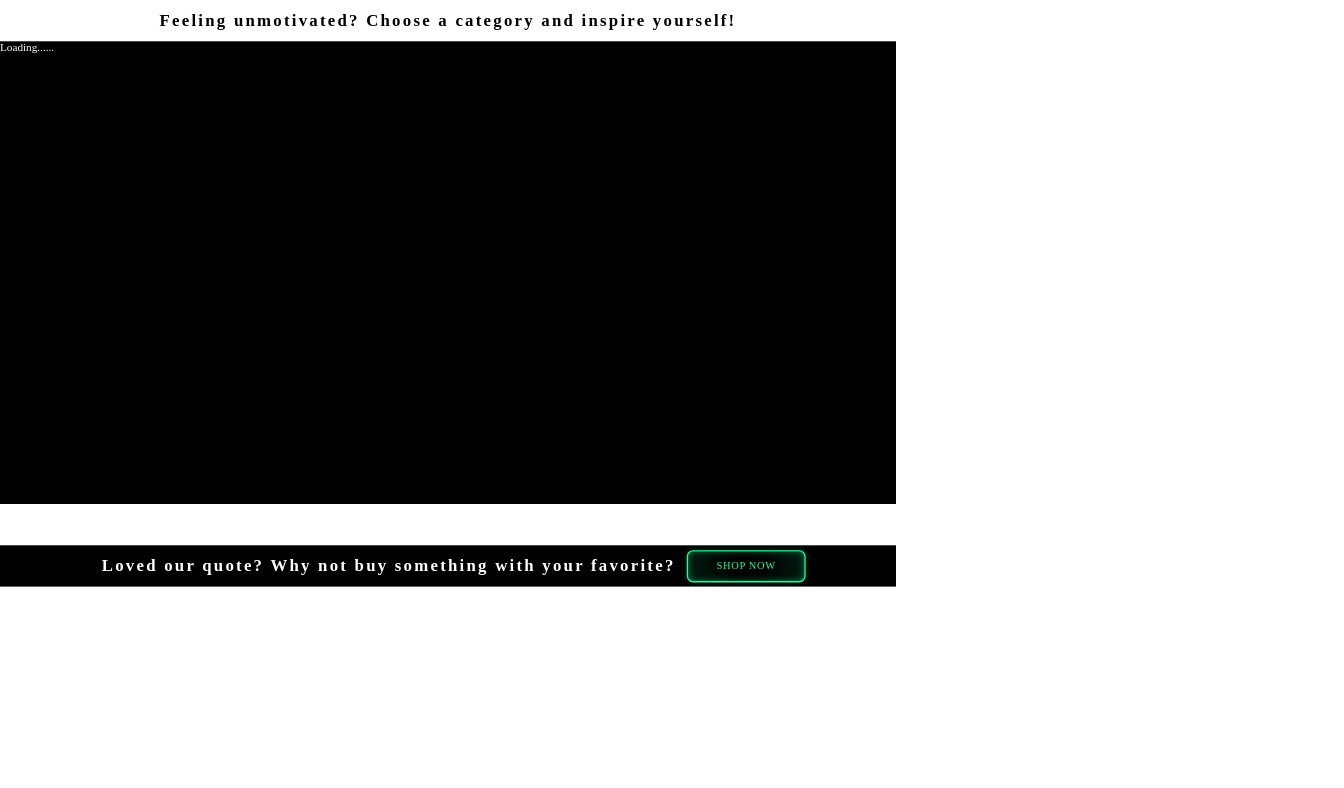
Repository: alanrceratti/motivational
Page: /
The author's editor kept a copy of each file at every save. The page is drawn from the files as they stood at one save, then again after a run of saves.
The browser window is 1280 px wide. The page is 1424 px wide, then 12201 px, so the pictures cover 1920 px, including what lies to the right of the window. The pictures show the part of the page from y = 0 to 1280 px (the page is 1126 px tall before and 9663 px after), at 70% of full size.
The page's requests for data from a server got no answer. Some web fonts or font styles are not loaded; a fallback is used. The project was rebuilt for these pictures with package versions that can differ from the ones it lists, and the page was loaded fresh each time. No one was signed in, and anything a server would have sent is missing. Also part of the build but not shown: webpack.config.js, src/Options.module.scss, src/Options.js, src/Components/CategorySelect.module.scss.

Above is the page before, as saved 2023-01-14 17:31:33.

### public/index.html

<!DOCTYPE html>
<html lang="en">
	<head>
		<meta charset="utf-8" />
		<link rel="icon" href="%PUBLIC_URL%/favicon.ico" />
		<link
			href="https://fonts.googleapis.com/css2?family=Patua+One&family=Unbounded:wght@400;700&display=swap"
			rel="stylesheet"
		/>

		<meta name="viewport" content="width=device-width, initial-scale=1" />
		<meta name="theme-color" content="#000000" />
		<meta
			name="description"
			content="Web site created using create-react-app"
		/>
		<link rel="apple-touch-icon" href="%PUBLIC_URL%/logo192.png" />
		<!--
      manifest.json provides metadata used when your web app is installed on a
      user's mobile device or desktop. See https://developers.google.com/web/fundamentals/web-app-manifest/
    -->
		<link rel="manifest" href="%PUBLIC_URL%/manifest.json" />
		<!--
      Notice the use of %PUBLIC_URL% in the tags above.
      It will be replaced with the URL of the `public` folder during the build.
      Only files inside the `public` folder can be referenced from the HTML.

      Unlike "/favicon.ico" or "favicon.ico", "%PUBLIC_URL%/favicon.ico" will
      work correctly both with client-side routing and a non-root public URL.
      Learn how to configure a non-root public URL by running `npm run build`.
    -->
		<title>React App</title>
	</head>
	<body>
		<noscript>You need to enable JavaScript to run this app.</noscript>
		<div id="root"></div>
		<!--
      This HTML file is a template.
      If you open it directly in the browser, you will see an empty page.

      You can add webfonts, meta tags, or analytics to this file.
      The build step will place the bundled scripts into the <body> tag.

      To begin the development, run `npm start` or `yarn start`.
      To create a production bundle, use `npm run build` or `yarn build`.
    --></body>
</html>

### src/index.js
import React from "react";
import ReactDOM from "react-dom/client";
import App from "./App";

const root = ReactDOM.createRoot(document.getElementById("root"));
root.render(
	<React.StrictMode>
		<App />
	</React.StrictMode>
);

// If you want to start measuring performance in your app, pass a function
// to log results (for example: reportWebVitals(console.log))
// or send to an analytics endpoint. Learn more: https://bit.ly/CRA-vitals

### src/App.js
import "./App.scss";
import { BrowserRouter, Routes, Route } from "react-router-dom";

import Home from "./Components/Home";
import { Loading } from "./Components/Loading";

function App() {
	return (
		<>
			<BrowserRouter>
				<Routes>
					<Route path="/" element={<Home />} />
					<Route path="/button" element={<Loading />} />
				</Routes>
			</BrowserRouter>
		</>
	);
}

export default App;

### src/App.scss
html {
	--color1: #1bfd9c;
	--color2: #82ffc9;
	--color3: #ffffff;
	--green: #1bfd9c;
	height: 100vh;
	width: 100vw;
	margin: 0px;
	padding: 0px;
	background-repeat: no-repeat;
	overflow-x: hidden;
	background-image: linear-gradient(
		160deg,
		#000000 0%,
		#000000 50%,
		#000000 100%
	);
}
body {
	margin: 0px;
	padding: 0px;
}

h1,
h2,
h3,
h4,
p {
	margin: 0px;
	color: rgb(255, 255, 255);
}

ul,
li {
	list-style: none;
	padding: 0px;
	margin: 0px;
}

img {
	display: block;
	max-width: 100%;
}

button,
input {
	display: block;
	font-size: 1rem;
	color: #333;
}

a {
	text-decoration: none;
	color: #333;
}

### src/Components/Home.js
import React from "react";
import PhraseGet from "./PhraseGet";
import Title from "./Title";
import TitleDown from "./TitleDown";

const Home = () => {
	return (
		<div>
			<Title />
			<PhraseGet />
			<TitleDown />
		</div>
	);
};

export default Home;

### src/Components/Loading.js
import React from "react";
import "./Loading.scss";

function Loading() {
	return (
		<>
			<div className="loader">
				<div className="loader-square"></div>
				<div className="loader-square"></div>
				<div className="loader-square"></div>
				<div className="loader-square"></div>
				<div className="loader-square"></div>
				<div className="loader-square"></div>
				<div className="loader-square"></div>
			</div>
		</>
	);
}

export { Loading };

### src/Components/PhraseGet.js
import React, { useEffect, useState } from "react";
import styles from "../Components/PhraseGet.module.scss";
import Options from "../Options";
import { CategorySelect } from "./CategorySelect";
import { Loading } from "./Loading";

function PhraseGet() {
	// state variable to store the selected category id
	const [categoryId, setCategoryId] = useState(1);
	// state variable to store the data retrieved from the API
	const [data, setData] = useState(null);
	// state variable to store the options for the select element
	const [options, setOptions] = useState([]);
	// state variable to indicate if the data is currently being loaded
	const [loading, setLoading] = useState(true);
	// state variable to indicate if the image is currently being loaded
	const [loadingImg, setLoadingImg] = useState(true);
	// state variable to store the current random number
	const [number, setNumber] = useState(7);
	// commented out state variable for future use, possibly for storing count of words
	// const [count, setCount] = useState(0);
	const [showSelect, setShowSelect] = useState(true);

	// Function to toggle visibility of select element
	const handleClick = () => {
		setShowSelect(!showSelect);
	};

	// Object containing arrays of numbers associated with each category
	const idLists = {
		1: [7, 8, 9, 21, 22],
		2: [10, 18, 19, 20],
		3: [11, 12],
		4: [15, 16, 17],
		5: [13, 14],
	};
	// async function fetchCount() {
	// 	const response = await fetch(
	// 		`http://127.0.0.1:200/api/categories/all/`
	// 	);
	// 	const json = await response.json();
	// 	console.log(idLists);

	// 	json.map((category) => {
	// 		const categoryId = category.id;
	// 		const phraseIds = category.phrases.map((phrase) => phrase.id);
	// 		idLists[categoryId] = phraseIds;
	// 	});
	// }
	// useEffect(() => {
	// 	fetchCount();
	// }, []);

	// function to handle changes in the category select element
	function handleChangeCategory(e) {
		// set the selected category id
		setCategoryId(e.target.value);
		const selectedCategoryId = e.target.value;
		// Retrieve previous selected numbers for current category from local storage
		const previousIdList =
			JSON.parse(
				localStorage.getItem(`previousid${selectedCategoryId}`)
			) || [];

		// filter out previously selected numbers from the array
		const filteredIdList = idLists[selectedCategoryId].filter(
			(number) => !previousIdList.includes(number)
		);

		// if there are still numbers available in filteredIdList array
		if (filteredIdList.length > 0) {
			const randomIndex = Math.floor(
				Math.random() * filteredIdList.length
			);
			// select random number from filteredIdList array
			const randomNumber = filteredIdList[randomIndex];
			// set the new random number
			setNumber(randomNumber);
			// add new randomNumber to the previousIdList array
			previousIdList.push(randomNumber);
			// store the updated previousIdList array in local storage
			localStorage.setItem(
				`previousid${selectedCategoryId}`,
				JSON.stringify(previousIdList)
			);
		} else {
			// if there are no more numbers available, remove the previousid1 array from local storage and log a message
			localStorage.removeItem(`previousid${selectedCategoryId}`);
			console.log("acabou o 1");
		}
	}

	async function fetchOptions() {
		// fetch data from api using fetch function
		const response = await fetch(
			`http://127.0.0.1:200/api/categories/all/`
		);
		// parse response to json
		const json = await response.json();
		// extract values of json object
		const arr = Object.values(json);
		// set options state
		setOptions(arr);
		// set loading state to false
		setLoading(false);
		// call fetchData function
		fetchData();
	}

	useEffect(() => {
		// call fetchOptions function when component mounts
		fetchOptions();
	}, [categoryId]);

	async function fetchData() {
		setLoadingImg(true);
		let retries = 0;
		// maximum number of retries if response status is 404
		const MAX_RETRIES = 3;
		let response;

		while (
			retries < MAX_RETRIES &&
			(response === undefined || response.status === 404)
		) {
			// try to fetch data from api
			try {
				response = await fetch(
					`http://127.0.0.1:200/api/categories/${categoryId}/phrases/?filter_by_id=${number}`
				);
				// if response status is 404, increment retries
				if (response.status === 404) {
					retries++;
				} else {
					// parse response to json
					const json = await response.json();
					// set data state
					setData(json);
					// set loadingImg state to false
					setLoadingImg(false);
				}
				// log response status and url
				console.log(
					`GET ${response.url} ${response.status} (${response.statusText})`
				);
			} catch (error) {
				// log error
				console.error("asdasdad");
			}
			// wait for 1 second before retrying
			await new Promise((resolve) => setTimeout(resolve, 1000));
		}
		// retrieve previous selected numbers for current category from local storage
		const previousIdList =
			JSON.parse(localStorage.getItem(`previousid${categoryId}`)) || [];
		// if all numbers have been selected, remove the previousid array from local storage
		if (previousIdList.length === idLists[categoryId].length) {
			localStorage.removeItem(`previousid${categoryId}`);
		}
	}

	return (
		<section className={styles.mainContainerr}>
			<CategorySelect
				options={options}
				handleChangeCategory={handleChangeCategory}
				categoryId={categoryId}
				loading={loading}
				handleClick={handleClick}
				showSelect={showSelect}
			/>
			{loadingImg ? (
				<Loading />
			) : (
				<div className={styles.um}>
					<div>
						{data && (
							<img src={data.image_url} alt="image_phrase" />
						)}
						{data ? <h1>{data.phrase}</h1> : "Loading..."}
					</div>
				</div>
			)}
		</section>
	);
}

export default PhraseGet;

### src/Components/Title.js
import React from "react";
import styles from "./Title.module.scss";

const Title = () => {
	return (
		<div className={styles.container}>
			<h1>
				Feeling unmotivated? Choose a category and inspire yourself!
			</h1>
		</div>
	);
};

export default Title;

### src/Components/TitleDown.js
import React from "react";
import styles from "./TitleDown.module.scss";

const TitleDown = () => {
	return (
		<section>
			<div className={styles.container}>
				<h1>
					Loved our quote? Why not buy something with your favorite?
				</h1>
				<button className={styles.button2}> SHOP NOW</button>
			</div>
		</section>
	);
};

export default TitleDown;

### src/Components/Loading.scss
@keyframes square-animation {
	0% {
		left: 0;
		top: 0;
	}

	10.5% {
		left: 0;
		top: 0;
	}

	12.5% {
		left: 32px;
		top: 0;
	}

	23% {
		left: 32px;
		top: 0;
	}

	25% {
		left: 64px;
		top: 0;
	}

	35.5% {
		left: 64px;
		top: 0;
	}

	37.5% {
		left: 64px;
		top: 32px;
	}

	48% {
		left: 64px;
		top: 32px;
	}

	50% {
		left: 32px;
		top: 32px;
	}

	60.5% {
		left: 32px;
		top: 32px;
	}

	62.5% {
		left: 32px;
		top: 64px;
	}

	73% {
		left: 32px;
		top: 64px;
	}

	75% {
		left: 0;
		top: 64px;
	}

	85.5% {
		left: 0;
		top: 64px;
	}

	87.5% {
		left: 0;
		top: 32px;
	}

	98% {
		left: 0;
		top: 32px;
	}

	100% {
		left: 0;
		top: 0;
	}
}

.loader {
	position: relative;
	width: 100vw;
	height: 100vh;
	transform: rotate(45deg);
	margin: 0 auto;
	justify-items: center;
	align-items: center;
	display: flex;
}

.loader-square {
	position: absolute;
	top: 0;
	left: 0;
	width: 28px;
	height: 28px;
	margin: 2px;
	border-radius: 0px;
	background: white;
	background-size: cover;
	background-position: center;
	background-attachment: fixed;
	animation: square-animation 10s ease-in-out infinite both;
}

.loader-square:nth-of-type(0) {
	animation-delay: 0s;
}

.loader-square:nth-of-type(1) {
	animation-delay: -1.4285714286s;
}

.loader-square:nth-of-type(2) {
	animation-delay: -2.8571428571s;
}

.loader-square:nth-of-type(3) {
	animation-delay: -4.2857142857s;
}

.loader-square:nth-of-type(4) {
	animation-delay: -5.7142857143s;
}

.loader-square:nth-of-type(5) {
	animation-delay: -7.1428571429s;
}

.loader-square:nth-of-type(6) {
	animation-delay: -8.5714285714s;
}

.loader-square:nth-of-type(7) {
	animation-delay: -10s;
}

### src/Components/PhraseGet.module.scss
.mainContainerr {
	display: grid;
	grid-template-columns: auto 2fr;
	height: 100%;

	.options {
		grid-column: 1/2;
		grid-row: 1/3;
		max-width: fit-content;
		option {
			font-size: 1.5rem;
			text-align: left;
			color: rgb(255, 255, 255);
		}

		select {
			margin: 0 auto;
			margin-top: 1.5rem;
			font-family: "Patua One";
			font-size: 1.5rem;
			position: relative;
			padding: 1em 1.8em;
			outline: none;
			text-align: center;
			border: 1px solid #303030;
			background: #040404;
			color: var(--color1);
			text-transform: uppercase;
			letter-spacing: 2px;

			overflow: hidden;
			-webkit-transition: 0.2s;
			transition: 0.2s;
			border-radius: 10px;
			cursor: pointer;
			font-weight: bold;
		}
	}

	.um {
		div {
			display: flex;
			height: 80vh;
			margin: 3rem;
			width: 80vw;
			position: static;
			justify-content: center;
			align-items: center;
		}
		img {
			aspect-ratio: 7/4;
			width: 60vw;
			object-fit: fill;
			border: 2px inset #000000;
			border-radius: 100px 250px 100px 250px;
			opacity: 0.9;
			position: absolute;
		}
		h1 {
			width: 50%;

			margin: auto;
			margin-top: 15rem;
			z-index: 100;
			backdrop-filter: blur(12px) saturate(176%);
			-webkit-backdrop-filter: blur(12px) saturate(176%);
			background-color: rgba(0, 0, 0, 0.3);
			letter-spacing: 0.25rem;
			font-size: 4rem;
			font-family: "Patua One";
			text-align: center;
			text-shadow: rgb(0, 0, 0) 0.3rem 0px 0px,
				rgb(0, 0, 0) 0.54px 0.84px 0px, rgb(0, 0, 0) -0.41px 0.9px 0px,
				rgb(0, 0, 0) -0.98px 0.14px 0px,
				rgb(0, 0, 0) -0.65px -0.75px 0px,
				rgb(0, 0, 0) 0.28px -0.95px 0px, rgb(0, 0, 0) 0.96px -0.27px 0px;
		}
	}
}
/* <link href="https://fonts.googleapis.com/css2?family=Cabin+Sketch:wght@400;700&family=Patua+One&family=Rubik+80s+Fade&family=Yeseva+One&display=swap" rel="stylesheet"> */

/*  */

### src/Components/CategorySelect.js
import React from "react";
import Options from "../Options";
import styles from "./CategorySelect.module.scss";

function CategorySelect(props) {
	const { options, handleChangeCategory, loading, handleClick, showSelect } =
		props;

	return (
		<section className={styles.mainContainerr}>
			{loading ? (
				<p>Loading......</p>
			) : (
				<div className={styles.options}>
					<Options onClick={handleClick} />
					<select
						style={{ display: showSelect ? "block" : "none" }}
						onChange={handleChangeCategory}
					>
						{options.map((option) => (
							<option key={option.id} value={option.id}>
								{option.category_name}
							</option>
						))}
					</select>
				</div>
			)}
		</section>
	);
}

export { CategorySelect };

### src/Components/Title.module.scss
.container {
	width: 100vw;
	height: fit-content;
	display: flex;
	justify-content: center;
	align-items: center;
	background-color: rgb(255, 255, 255);
	margin: auto;

	h1 {
		font-family: "Unbounded";
		font-size: 1.5rem;
		letter-spacing: 0.2rem;
		text-align: center;
		margin: 1rem;
		color: rgb(0, 0, 0);
	}
}

### src/Components/TitleDown.module.scss
.container {
	width: 100vw;
	height: fit-content;
	display: flex;
	justify-content: center;
	align-items: center;
	background-color: rgb(0, 0, 0);
	margin: auto;

	h1 {
		font-family: "Unbounded";
		font-size: 1.5rem;
		letter-spacing: 0.2rem;
		text-align: center;
		margin: 1rem;
		color: rgb(255, 255, 255);
	}
}
.button2 {
	color: var(--green);
	font-size: 15px;
	padding: 0.7em 2.7em;
	letter-spacing: 0.06em;
	position: relative;
	font-family: inherit;
	border-radius: 0.6em;
	overflow: hidden;
	transition: all 0.3s;
	line-height: 1.4em;
	border: 2px solid var(--green);
	background: linear-gradient(
		to right,
		rgba(27, 253, 156, 0.1) 1%,
		transparent 40%,
		transparent 60%,
		rgba(27, 253, 156, 0.1) 100%
	);
	color: var(--green);
	box-shadow: inset 0 0 10px rgba(27, 253, 156, 0.4),
		0 0 9px 3px rgba(27, 253, 156, 0.1);
}

.button2:hover {
	color: #82ffc9;
	box-shadow: inset 0 0 10px rgba(27, 253, 156, 0.6),
		0 0 9px 3px rgba(27, 253, 156, 0.2);
	cursor: pointer;
}

.button2:before {
	content: "";
	position: absolute;
	left: -4em;
	width: 4em;
	height: 100%;
	top: 0;
	transition: transform 0.4s ease-in-out;
	background: linear-gradient(
		to right,
		transparent 1%,
		rgba(27, 253, 156, 0.1) 40%,
		rgba(27, 253, 156, 0.1) 60%,
		transparent 100%
	);
}

.button2:hover:before {
	transform: translateX(15em);
}

After the next 2 saves:
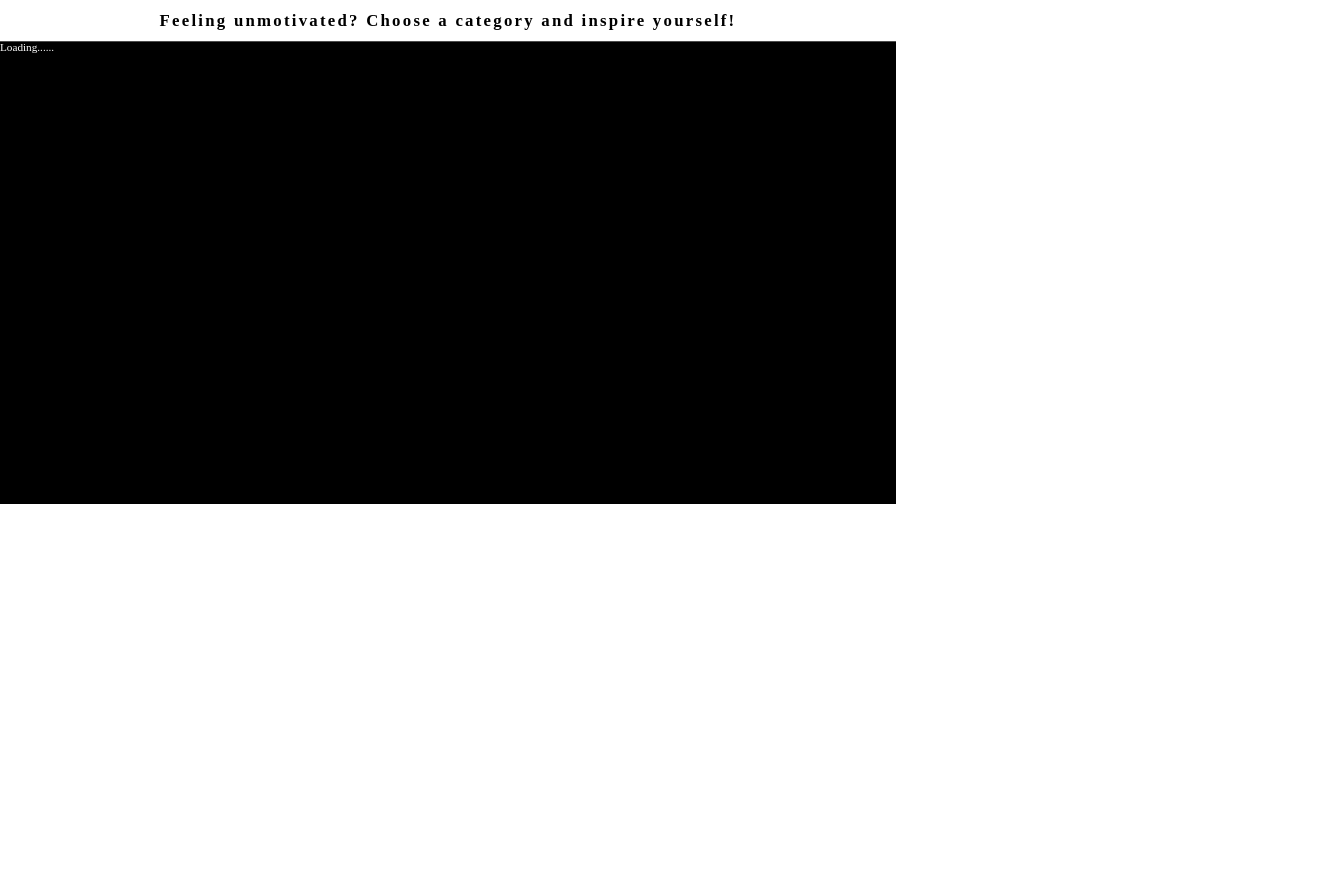
The 2 saves are shown as one change because they came seconds apart.
The last was saved 8 s later.
--- a/src/Components/Loading.scss
+++ b/src/Components/Loading.scss
@@ -87,8 +87,8 @@
 
 .loader {
 	position: relative;
-	width: 100vw;
-	height: 100vh;
+	width: 900vw;
+	height: 900vh;
 	transform: rotate(45deg);
 	margin: 0 auto;
 	justify-items: center;
